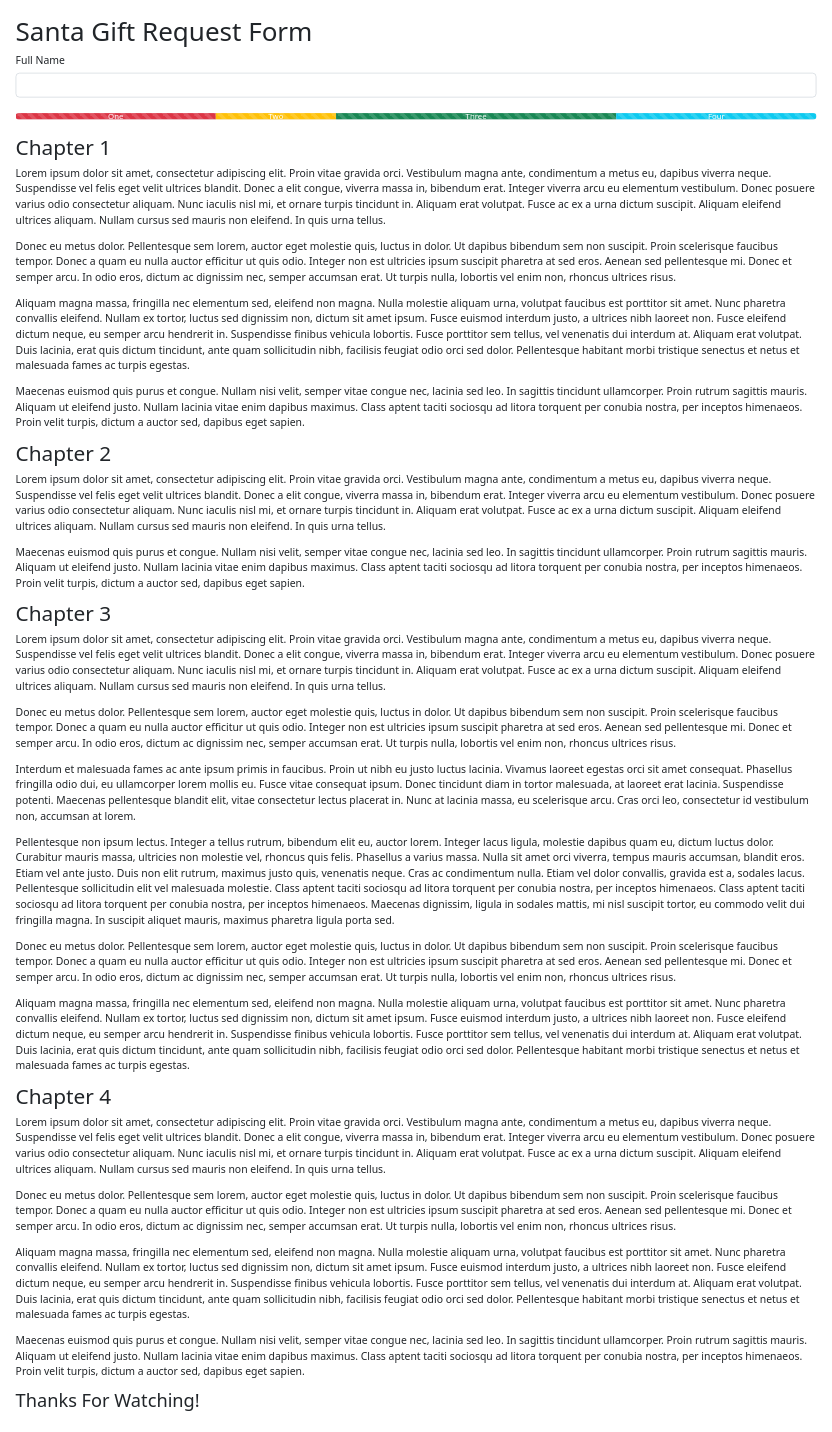
Repository: sarahlochhead/check-santas-list
Page: index.html
The author's editor kept a copy of each file at every save. The page is drawn from the files as they stood at one save, then again after a run of saves.
The browser window is 1280 px wide. The pictures show the whole page, at 65% of full size.

Above is the page before, as saved 2022-11-25 21:29:11.

### index.html
<!DOCTYPE html>
<html lang="en">
<head>
    <meta charset="utf-8">
    <meta name="viewport" content="width=device-width, initial-scale=1, shrink-to-fit=no">
    <title>Progress Bar | Bootstrap</title>
    <!-- The purpose of progress bars is to show something is loading, in progress, or action taking place with elements on the page. -->
    <!-- STEP 1: Link to Bootstrap CSS -->
    <link href="https://cdn.jsdelivr.net/npm/bootstrap@5.2.3/dist/css/bootstrap.min.css"  rel="stylesheet" integrity="sha384-rbsA2VBKQhggwzxH7pPCaAqO46MgnOM80zW1RWuH61DGLwZJEdK2Kadq2F9CUG65" crossorigin="anonymous">
</head>
<body class="m-4">
    <!-- STEP 3: Review the HTML for the page -->
    <main>
        <h1>Santa Gift Request Form</h1>

        <form>
            <label for="fullName" class="form-label">Full Name</label>
            <input type="text" class="form-control" id="fullName" />

            <label for="giftRequest" class


        </form>
        <!-- STEP 4: Create a div and add .progress and some top and bottom margin -->
        <div class="progress mt-4 mb-4 sticky-top" style="height: 10px;">
            <!-- STEP 5: Create another div .progress-bar. Add the appropriate roles and aria attributes (b/c this is not the HTML5 semantic element <progress>)-->
            <div class="progress-bar bg-danger progress-bar-striped progress-bar-animated" role="progressbar" aria-label="Long Read Progress Bar" style="width:25%" aria-valuenow="25" aria-valuemin="0" aria-valuemax="100">One</div>
            <!-- STEP 6: Change the value of width property to 50% percentage and see what happens Note: The aria-valuenow should also be changed -->
            <!-- STEP 7: Add a label to the progress-bar adding text in the div -->
            <!-- STEP 8: Add a bootstrap background color to the progress-bar (bg-success bg-info bg-warning) -->
            <!-- STEP 9: Try adding a bootstrap class of .progress-bar-striped and .progress-bar-animated to the .progress-bar -->
            <!-- STEP 10: Create three more inner divs .progress bar and change the color and width. (copy/paste) -->
            <div class="progress-bar bg-warning progress-bar-striped progress-bar-animated" role="progressbar" aria-label="Long Read Progress Bar" style="width:15%" aria-valuenow="15" aria-valuemin="0" aria-valuemax="100">Two</div>
            <div class="progress-bar bg-success progress-bar-striped progress-bar-animated" role="progressbar" aria-label="Long Read Progress Bar" style="width:35%" aria-valuenow="35" aria-valuemin="0" aria-valuemax="100">Three</div>
            <div class="progress-bar bg-info progress-bar-striped progress-bar-animated" role="progressbar" aria-label="Long Read Progress Bar" style="width:25%" aria-valuenow="25" aria-valuemin="0" aria-valuemax="100">Four</div>
            <!-- STEP 11: Set a height on the div.progress -->
            <!-- STEP 12: give the the div.progress a position class .sticky-top -->
        </div> <!-- .progress -->
        <section id="chapter1">
            <h2>Chapter 1</h2>
            <p>
                Lorem ipsum dolor sit amet, consectetur adipiscing elit. Proin vitae gravida orci. Vestibulum magna
                ante, condimentum a metus eu, dapibus viverra neque. Suspendisse vel felis eget velit ultrices blandit.
                Donec a elit congue, viverra massa in, bibendum erat. Integer viverra arcu eu elementum vestibulum.
                Donec posuere varius odio consectetur aliquam. Nunc iaculis nisl mi, et ornare turpis tincidunt in.
                Aliquam erat volutpat. Fusce ac ex a urna dictum suscipit. Aliquam eleifend ultrices aliquam. Nullam
                cursus sed mauris non eleifend. In quis urna tellus.
            </p>
            <p>
                Donec eu metus dolor. Pellentesque sem lorem, auctor eget molestie quis, luctus in dolor. Ut dapibus
                bibendum sem non suscipit. Proin scelerisque faucibus tempor. Donec a quam eu nulla auctor efficitur ut
                quis odio. Integer non est ultricies ipsum suscipit pharetra at sed eros. Aenean sed pellentesque mi.
                Donec et semper arcu. In odio eros, dictum ac dignissim nec, semper accumsan erat. Ut turpis nulla,
                lobortis vel enim non, rhoncus ultrices risus.
            </p>
            <p>
                Aliquam magna massa, fringilla nec elementum sed, eleifend non magna. Nulla molestie aliquam urna,
                volutpat faucibus est porttitor sit amet. Nunc pharetra convallis eleifend. Nullam ex tortor, luctus sed
                dignissim non, dictum sit amet ipsum. Fusce euismod interdum justo, a ultrices nibh laoreet non. Fusce
                eleifend dictum neque, eu semper arcu hendrerit in. Suspendisse finibus vehicula lobortis. Fusce
                porttitor sem tellus, vel venenatis dui interdum at. Aliquam erat volutpat. Duis lacinia, erat quis
                dictum tincidunt, ante quam sollicitudin nibh, facilisis feugiat odio orci sed dolor. Pellentesque
                habitant morbi tristique senectus et netus et malesuada fames ac turpis egestas.
            </p>
            <p>
                Maecenas euismod quis purus et congue. Nullam nisi velit, semper vitae congue nec, lacinia sed leo. In
                sagittis tincidunt ullamcorper. Proin rutrum sagittis mauris. Aliquam ut eleifend justo. Nullam lacinia
                vitae enim dapibus maximus. Class aptent taciti sociosqu ad litora torquent per conubia nostra, per
                inceptos himenaeos. Proin velit turpis, dictum a auctor sed, dapibus eget sapien.
            </p>
        </section>
        <section id="chapter2">
            <h2>Chapter 2</h2>
            <p>
                Lorem ipsum dolor sit amet, consectetur adipiscing elit. Proin vitae gravida orci. Vestibulum magna
                ante, condimentum a metus eu, dapibus viverra neque. Suspendisse vel felis eget velit ultrices blandit.
                Donec a elit congue, viverra massa in, bibendum erat. Integer viverra arcu eu elementum vestibulum.
                Donec posuere varius odio consectetur aliquam. Nunc iaculis nisl mi, et ornare turpis tincidunt in.
                Aliquam erat volutpat. Fusce ac ex a urna dictum suscipit. Aliquam eleifend ultrices aliquam. Nullam
                cursus sed mauris non eleifend. In quis urna tellus.
            </p>
            <p>
                Maecenas euismod quis purus et congue. Nullam nisi velit, semper vitae congue nec, lacinia sed leo. In
                sagittis tincidunt ullamcorper. Proin rutrum sagittis mauris. Aliquam ut eleifend justo. Nullam lacinia
                vitae enim dapibus maximus. Class aptent taciti sociosqu ad litora torquent per conubia nostra, per
                inceptos himenaeos. Proin velit turpis, dictum a auctor sed, dapibus eget sapien.
            </p>
        </section>
        <section id="chapter3">
            <h2>Chapter 3</h2>
            <p>
                Lorem ipsum dolor sit amet, consectetur adipiscing elit. Proin vitae gravida orci. Vestibulum magna
                ante, condimentum a metus eu, dapibus viverra neque. Suspendisse vel felis eget velit ultrices blandit.
                Donec a elit congue, viverra massa in, bibendum erat. Integer viverra arcu eu elementum vestibulum.
                Donec posuere varius odio consectetur aliquam. Nunc iaculis nisl mi, et ornare turpis tincidunt in.
                Aliquam erat volutpat. Fusce ac ex a urna dictum suscipit. Aliquam eleifend ultrices aliquam. Nullam
                cursus sed mauris non eleifend. In quis urna tellus.
            </p>
            <p>
                Donec eu metus dolor. Pellentesque sem lorem, auctor eget molestie quis, luctus in dolor. Ut dapibus
                bibendum sem non suscipit. Proin scelerisque faucibus tempor. Donec a quam eu nulla auctor efficitur ut
                quis odio. Integer non est ultricies ipsum suscipit pharetra at sed eros. Aenean sed pellentesque mi.
                Donec et semper arcu. In odio eros, dictum ac dignissim nec, semper accumsan erat. Ut turpis nulla,
                lobortis vel enim non, rhoncus ultrices risus.
            </p>
            <p>
                Interdum et malesuada fames ac ante ipsum primis in faucibus. Proin ut nibh eu justo luctus lacinia. Vivamus laoreet egestas orci sit amet consequat. Phasellus fringilla odio dui, eu ullamcorper lorem mollis eu. Fusce vitae consequat ipsum. Donec tincidunt diam in tortor malesuada, at laoreet erat lacinia. Suspendisse potenti. Maecenas pellentesque blandit elit, vitae consectetur lectus placerat in. Nunc at lacinia massa, eu scelerisque arcu. Cras orci leo, consectetur id vestibulum non, accumsan at lorem.
            </p>
            <p>
                Pellentesque non ipsum lectus. Integer a tellus rutrum, bibendum elit eu, auctor lorem. Integer lacus ligula, molestie dapibus quam eu, dictum luctus dolor. Curabitur mauris massa, ultricies non molestie vel, rhoncus quis felis. Phasellus a varius massa. Nulla sit amet orci viverra, tempus mauris accumsan, blandit eros. Etiam vel ante justo. Duis non elit rutrum, maximus justo quis, venenatis neque. Cras ac condimentum nulla. Etiam vel dolor convallis, gravida est a, sodales lacus. Pellentesque sollicitudin elit vel malesuada molestie. Class aptent taciti sociosqu ad litora torquent per conubia nostra, per inceptos himenaeos. Class aptent taciti sociosqu ad litora torquent per conubia nostra, per inceptos himenaeos. Maecenas dignissim, ligula in sodales mattis, mi nisl suscipit tortor, eu commodo velit dui fringilla magna. In suscipit aliquet mauris, maximus pharetra ligula porta sed.
            </p>
            <p>
                Donec eu metus dolor. Pellentesque sem lorem, auctor eget molestie quis, luctus in dolor. Ut dapibus
                bibendum sem non suscipit. Proin scelerisque faucibus tempor. Donec a quam eu nulla auctor efficitur ut
                quis odio. Integer non est ultricies ipsum suscipit pharetra at sed eros. Aenean sed pellentesque mi.
                Donec et semper arcu. In odio eros, dictum ac dignissim nec, semper accumsan erat. Ut turpis nulla,
                lobortis vel enim non, rhoncus ultrices risus.
            </p>
            <p>
                Aliquam magna massa, fringilla nec elementum sed, eleifend non magna. Nulla molestie aliquam urna,
                volutpat faucibus est porttitor sit amet. Nunc pharetra convallis eleifend. Nullam ex tortor, luctus sed
                dignissim non, dictum sit amet ipsum. Fusce euismod interdum justo, a ultrices nibh laoreet non. Fusce
                eleifend dictum neque, eu semper arcu hendrerit in. Suspendisse finibus vehicula lobortis. Fusce
                porttitor sem tellus, vel venenatis dui interdum at. Aliquam erat volutpat. Duis lacinia, erat quis
                dictum tincidunt, ante quam sollicitudin nibh, facilisis feugiat odio orci sed dolor. Pellentesque
                habitant morbi tristique senectus et netus et malesuada fames ac turpis egestas.
            </p>
        </section>
        <section id="chapter4">
            <h2>Chapter 4</h2>
            <p>
                Lorem ipsum dolor sit amet, consectetur adipiscing elit. Proin vitae gravida orci. Vestibulum magna
                ante, condimentum a metus eu, dapibus viverra neque. Suspendisse vel felis eget velit ultrices blandit.
                Donec a elit congue, viverra massa in, bibendum erat. Integer viverra arcu eu elementum vestibulum.
                Donec posuere varius odio consectetur aliquam. Nunc iaculis nisl mi, et ornare turpis tincidunt in.
                Aliquam erat volutpat. Fusce ac ex a urna dictum suscipit. Aliquam eleifend ultrices aliquam. Nullam
                cursus sed mauris non eleifend. In quis urna tellus.
            </p>
            <p>
                Donec eu metus dolor. Pellentesque sem lorem, auctor eget molestie quis, luctus in dolor. Ut dapibus
                bibendum sem non suscipit. Proin scelerisque faucibus tempor. Donec a quam eu nulla auctor efficitur ut
                quis odio. Integer non est ultricies ipsum suscipit pharetra at sed eros. Aenean sed pellentesque mi.
                Donec et semper arcu. In odio eros, dictum ac dignissim nec, semper accumsan erat. Ut turpis nulla,
                lobortis vel enim non, rhoncus ultrices risus.
            </p>
            <p>
                Aliquam magna massa, fringilla nec elementum sed, eleifend non magna. Nulla molestie aliquam urna,
                volutpat faucibus est porttitor sit amet. Nunc pharetra convallis eleifend. Nullam ex tortor, luctus sed
                dignissim non, dictum sit amet ipsum. Fusce euismod interdum justo, a ultrices nibh laoreet non. Fusce
                eleifend dictum neque, eu semper arcu hendrerit in. Suspendisse finibus vehicula lobortis. Fusce
                porttitor sem tellus, vel venenatis dui interdum at. Aliquam erat volutpat. Duis lacinia, erat quis
                dictum tincidunt, ante quam sollicitudin nibh, facilisis feugiat odio orci sed dolor. Pellentesque
                habitant morbi tristique senectus et netus et malesuada fames ac turpis egestas.
            </p>
            <p>
                Maecenas euismod quis purus et congue. Nullam nisi velit, semper vitae congue nec, lacinia sed leo. In
                sagittis tincidunt ullamcorper. Proin rutrum sagittis mauris. Aliquam ut eleifend justo. Nullam lacinia
                vitae enim dapibus maximus. Class aptent taciti sociosqu ad litora torquent per conubia nostra, per
                inceptos himenaeos. Proin velit turpis, dictum a auctor sed, dapibus eget sapien.
            </p>
        </section>
        <footer id="end">
            <h3>Thanks For Watching!</h3>
        </footer>
    </main>
    <!-- STEP 2: Link to Bootstrap JS -->
    <script src="https://cdn.jsdelivr.net/npm/bootstrap@5.2.3/dist/js/bootstrap.bundle.min.js"></script>
</body>
</html>

After the next 3 saves:
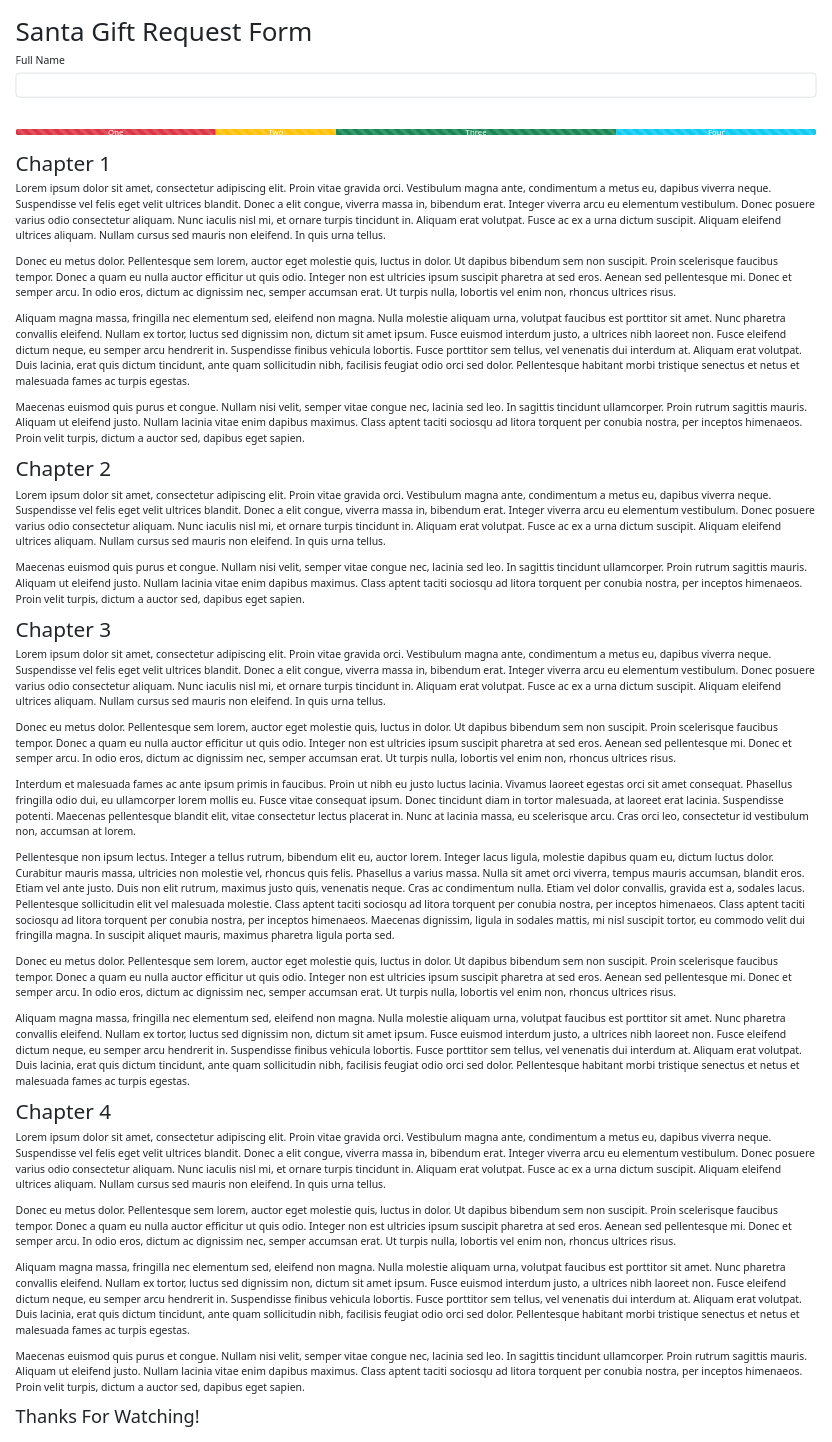
The 3 saves are shown as one change because they came seconds apart.
The last was saved 11 s later.
--- a/index.html
+++ b/index.html
@@ -17,7 +17,7 @@
             <label for="fullName" class="form-label">Full Name</label>
             <input type="text" class="form-control" id="fullName" />
 
-            <label for="giftRequest" class
+            <label for="giftRequest" class="form-label"></label>
 
 
         </form>
